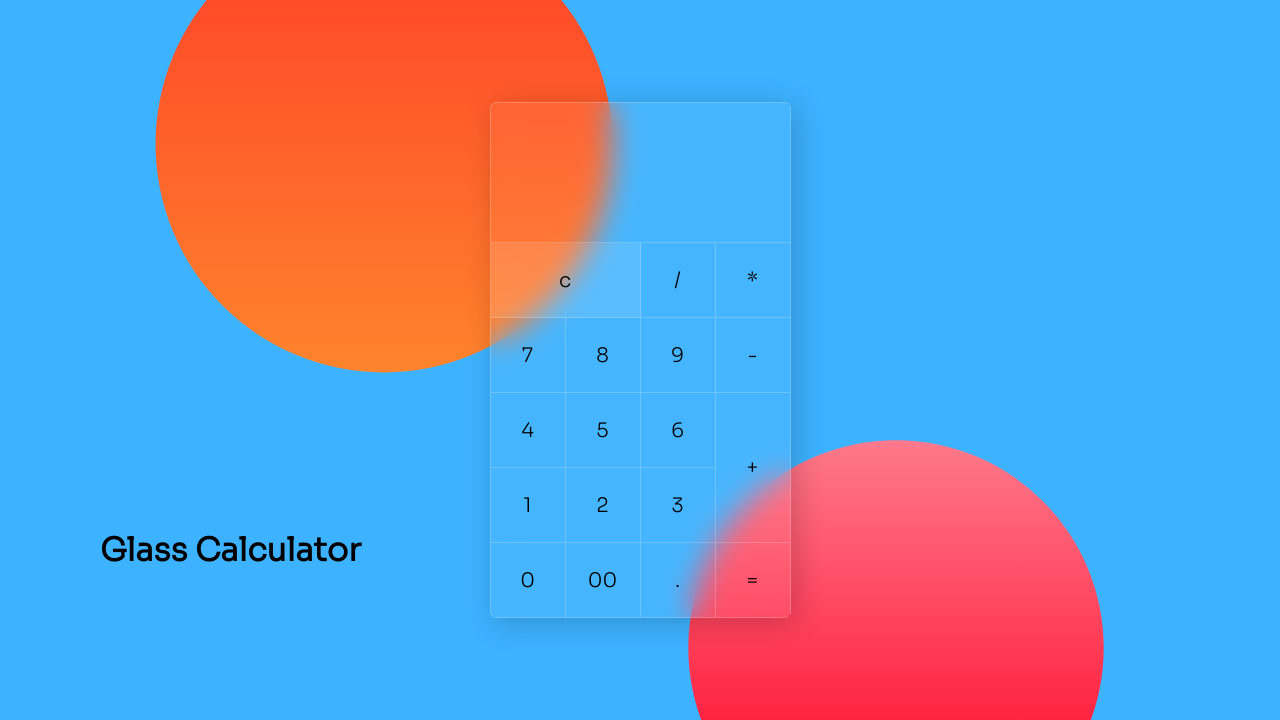
Repository: tharunkumaar404/Glass-Calci
Page: index.html
An editor plug-in stored every save of this project. The page is shown before and after the next save, followed by the edit.
The browser window is 1280 px wide. The pictures show the whole page.

Above is the page before, as saved 2021-08-26 15:14:34.

After the next save:
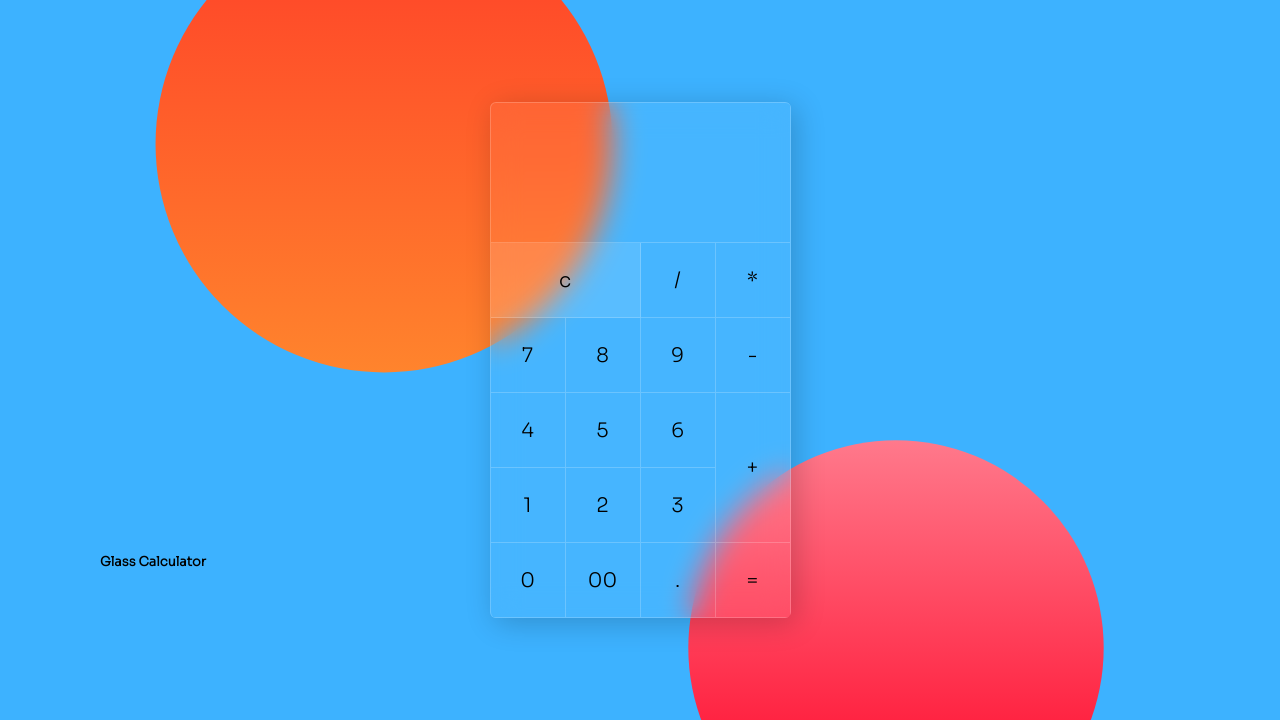
Saved 11 s later.
--- a/styles.css
+++ b/styles.css
@@ -113,4 +113,5 @@ h1{
     position: absolute;
     left:100px;
     bottom:150px;
+    font-size: small;
 }
